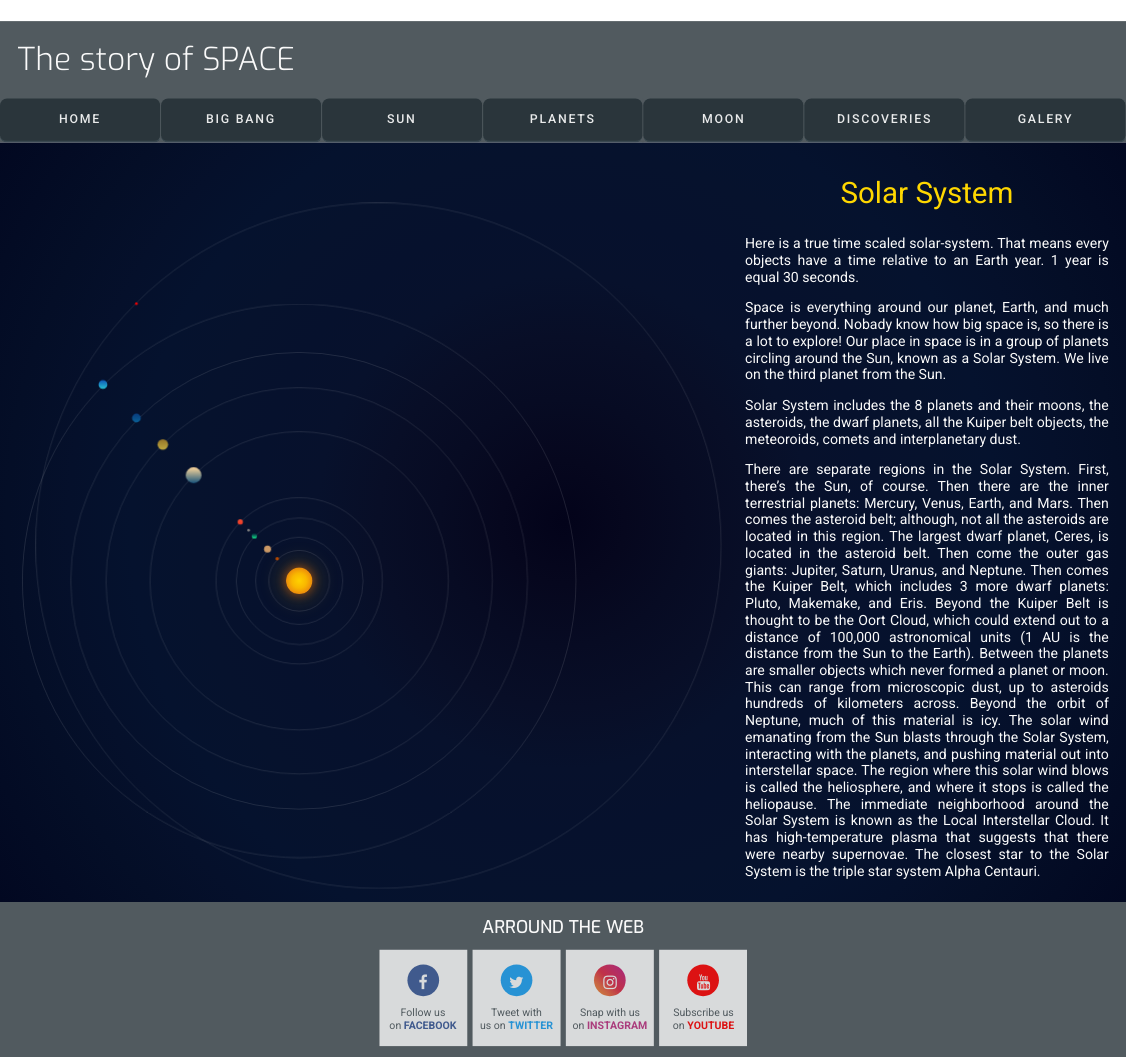
Repository: OlaQla/First-Milestones-Project
Page: index.html
The author's editor kept a record of every edit. The page is drawn from the files as they stood at one moment, then again after the next edit.
The browser window is 1280 px wide. The pictures show the whole page, at 88% of full size.
Some web libraries are served in a nearby version.

Above is the page before.

After the next edit:
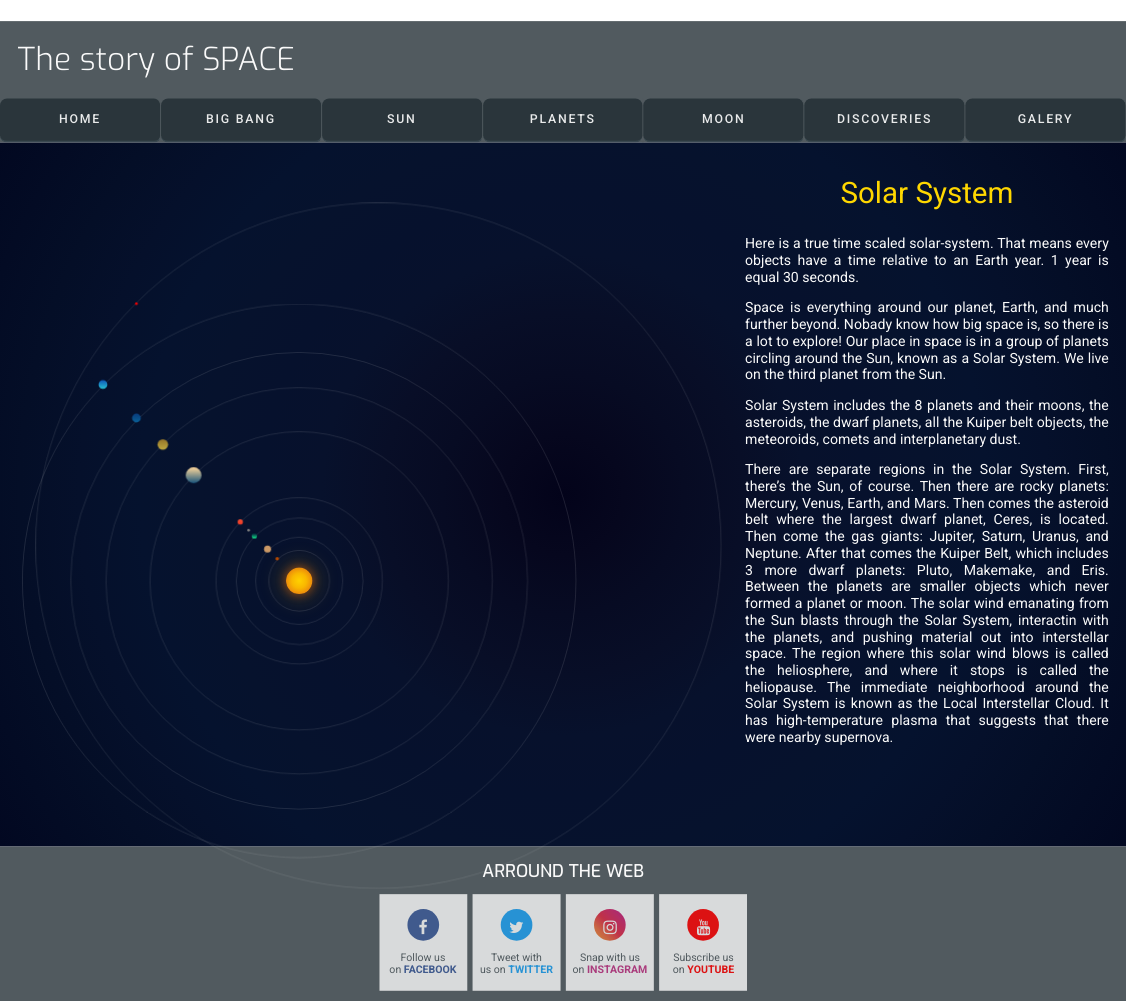
The edit:
--- a/index.html
+++ b/index.html
@@ -112,18 +112,17 @@
             <div class="column-sidebar">
                 <h2>Solar System</h2>
                 <p>Here is a true time scaled solar-system. That means every objects have a time relative to an Earth year. 1 year is equal 30 seconds.</p>
-                <p>Space is everything around our planet, Earth, and much further beyond. Nobady know how big space is, so there is a lot to explore! Our place in space is in a group of planets circling around the Sun, known as a Solar System. We live on the third planet from the Sun.
+                <p>Space is everything around our planet, Earth, and much further beyond. Nobady know how big space is, so there is a lot to explore! Our place in space is in a group of planets circling around the Sun, known as a Solar System. We live on
+                    the third planet from the Sun.
+                </p>
+                <p>Solar System includes the 8 planets and their moons, the asteroids, the dwarf planets, all the Kuiper belt objects, the meteoroids, comets and interplanetary dust.
 
-                   <p>Solar System includes the 8 planets and their moons, the asteroids, the dwarf planets, all the Kuiper belt objects, the meteoroids, comets and interplanetary dust.
-
-</p>
+                </p>
                 <p>
-                    There are separate regions in the Solar System. First, there’s the Sun, of course. Then there are the inner terrestrial planets: Mercury, Venus, Earth, and Mars. Then comes the asteroid belt; although, not all the asteroids are located in this region.
-                    The largest dwarf planet, Ceres, is located in the asteroid belt. Then come the outer gas giants: Jupiter, Saturn, Uranus, and Neptune. Then comes the Kuiper Belt, which includes 3 more dwarf planets: Pluto, Makemake, and Eris. Beyond
-                    the Kuiper Belt is thought to be the Oort Cloud, which could extend out to a distance of 100,000 astronomical units (1 AU is the distance from the Sun to the Earth). Between the planets are smaller objects which never formed a planet
-                    or moon. This can range from microscopic dust, up to asteroids hundreds of kilometers across. Beyond the orbit of Neptune, much of this material is icy. The solar wind emanating from the Sun blasts through the Solar System, interacting
-                    with the planets, and pushing material out into interstellar space. The region where this solar wind blows is called the heliosphere, and where it stops is called the heliopause. The immediate neighborhood around the Solar System is
-                    known as the Local Interstellar Cloud. It has high-temperature plasma that suggests that there were nearby supernovae. The closest star to the Solar System is the triple star system Alpha Centauri.
+                    There are separate regions in the Solar System. First, there’s the Sun, of course. Then there are rocky planets: Mercury, Venus, Earth, and Mars. Then comes the asteroid belt where
+                    the largest dwarf planet, Ceres, is located. Then come the gas giants: Jupiter, Saturn, Uranus, and Neptune. After that comes the Kuiper Belt, which includes 3 more dwarf planets: Pluto, Makemake, and Eris. Between the planets are smaller objects which never formed a planet
+                    or moon. The solar wind emanating from the Sun blasts through the Solar System, interactin with the planets, and pushing material out into interstellar space. The region where this solar wind blows is called the heliosphere, and where it stops is called the heliopause. The immediate neighborhood around the Solar System is
+                    known as the Local Interstellar Cloud. It has high-temperature plasma that suggests that there were nearby supernova.
 
 
                 </p>
